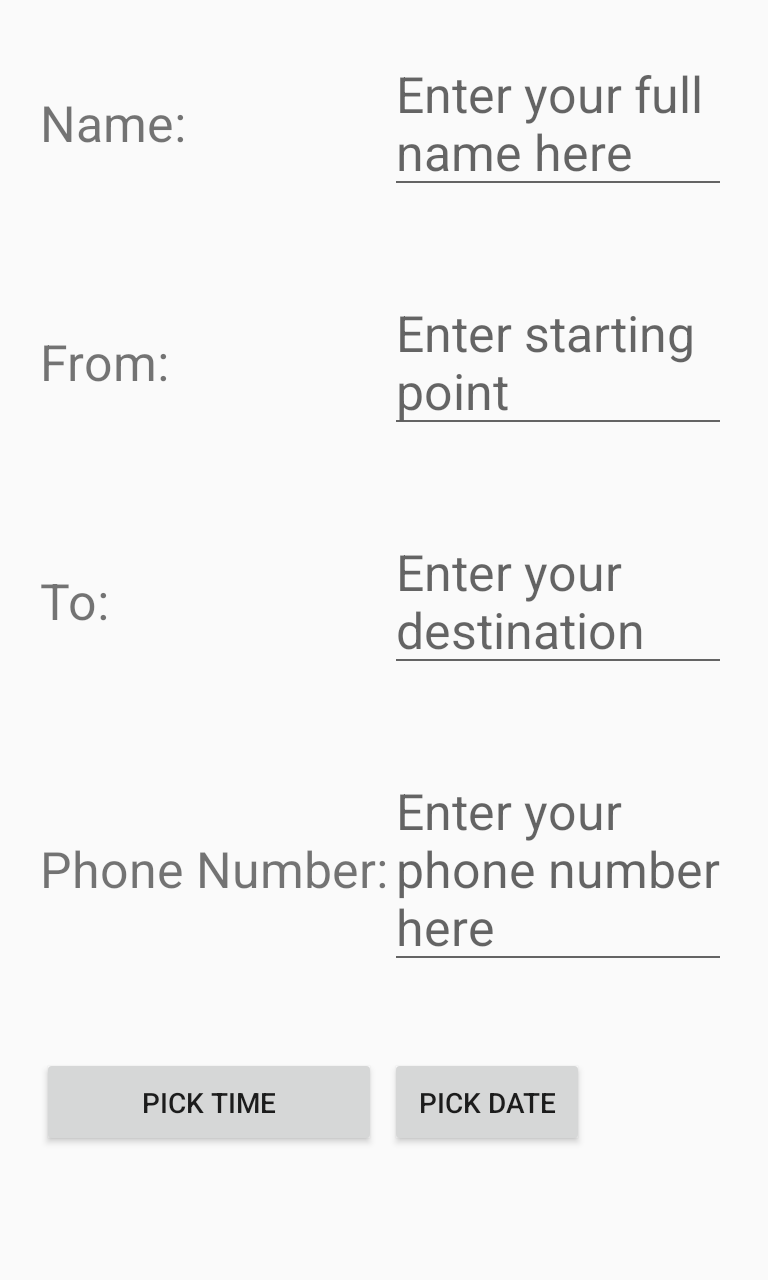
Repository: TewodrosT/LiLY
Layout: TransportationLily/res/layout/activity_main.xml
The author's editor kept a copy of each file at every save. The layout is drawn from the files as they stood at one save, then again after the next save.
It is drawn on a 768 x 1280 px phone screen (xhdpi) without system bars, with theme AppTheme; the app's code is not run.

Above is the layout before, as saved 2014-08-06 12:40:09.

After the next save:
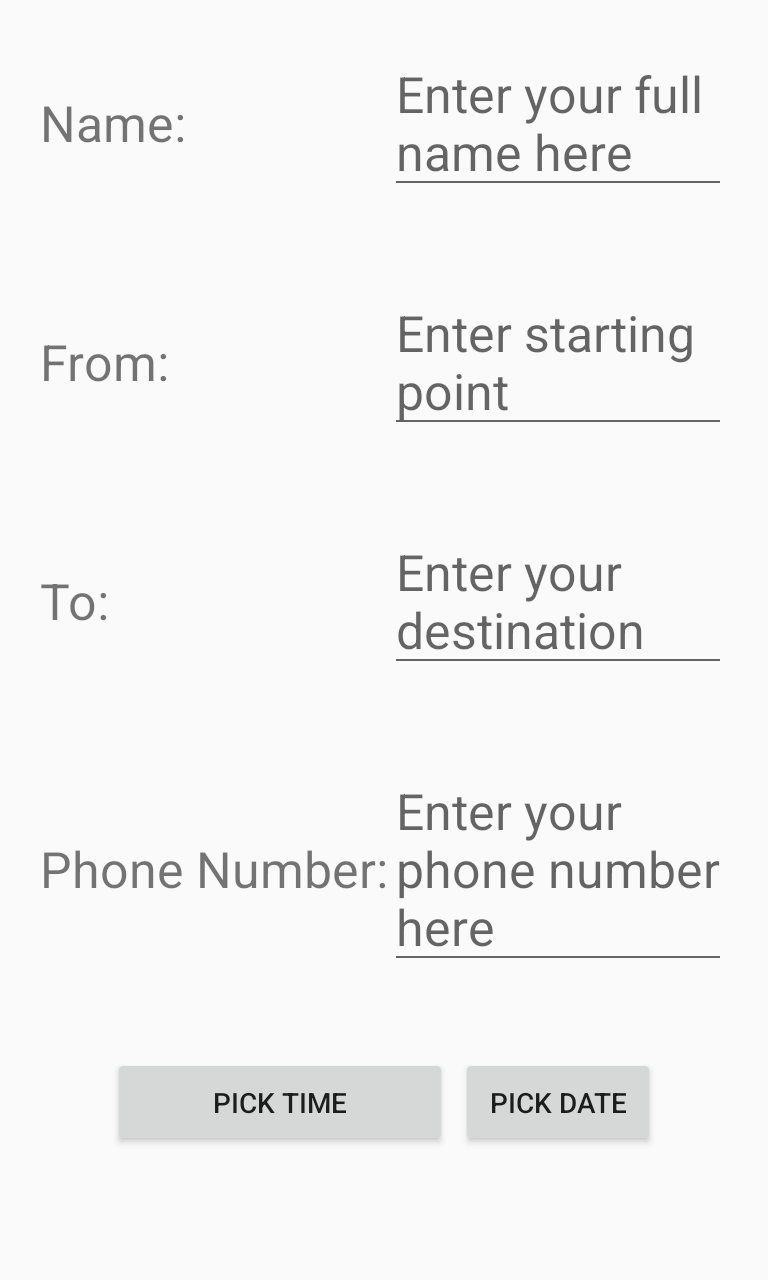
Saved 41 s later.
--- a/TransportationLily/res/layout/activity_main.xml
+++ b/TransportationLily/res/layout/activity_main.xml
@@ -91,7 +91,7 @@
             android:layout_width="wrap_content"
             android:layout_height="wrap_content"
             android:layout_margin="20sp"
-            android:layout_gravity="center_horizontal" >
+            android:gravity="center_horizontal" >
 
             <Button
                 android:layout_width="wrap_content"
